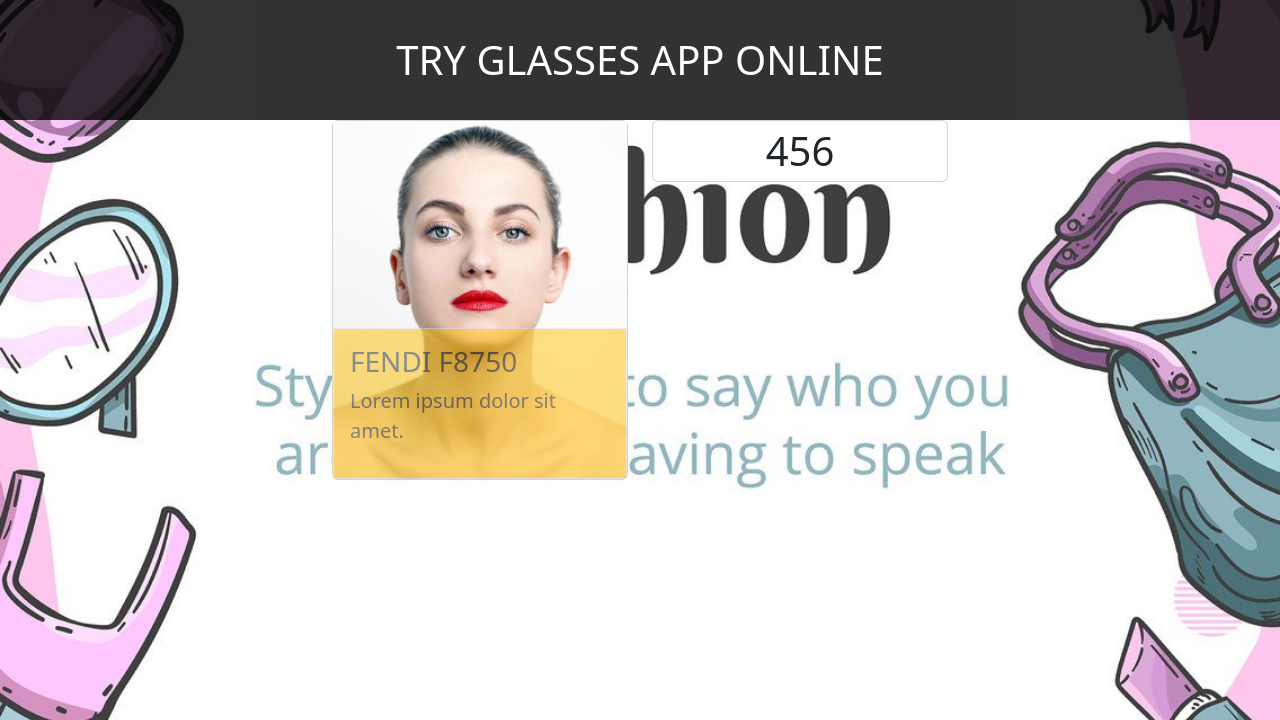
Repository: akira17518/React_JS_Glasses
Page: /
These files come from the project's save history. The page is drawn as it stood at one moment and after the next save; the edit follows.
The browser window is 1280 px wide. The pictures show the whole page.
The project was rebuilt for these pictures with package versions that can differ from the ones it lists, and the page was loaded fresh each time.

Above is the page before, as saved 2023-05-10 10:20:39.

### public/index.html
<!DOCTYPE html>
<html lang="en">

<head>
  <meta charset="utf-8" />
  <link rel="icon" href="%PUBLIC_URL%/favicon.ico" />
  <meta name="viewport" content="width=device-width, initial-scale=1" />
  <meta name="theme-color" content="#000000" />
  <meta name="description" content="Web site created using create-react-app" />
  <link rel="apple-touch-icon" href="%PUBLIC_URL%/logo192.png" />
  <!--
      manifest.json provides metadata used when your web app is installed on a
      user's mobile device or desktop. See https://developers.google.com/web/fundamentals/web-app-manifest/
    -->
  <link rel="manifest" href="%PUBLIC_URL%/manifest.json" />
  <link href="https://cdn.jsdelivr.net/npm/bootstrap@5.3.0-alpha3/dist/css/bootstrap.min.css" rel="stylesheet"
    integrity="sha384-KK94CHFLLe+nY2dmCWGMq91rCGa5gtU4mk92HdvYe+M/SXH301p5ILy+dN9+nJOZ" crossorigin="anonymous">
  <!--
      Notice the use of %PUBLIC_URL% in the tags above.
      It will be replaced with the URL of the `public` folder during the build.
      Only files inside the `public` folder can be referenced from the HTML.

      Unlike "/favicon.ico" or "favicon.ico", "%PUBLIC_URL%/favicon.ico" will
      work correctly both with client-side routing and a non-root public URL.
      Learn how to configure a non-root public URL by running `npm run build`.
    -->
  <title>React App</title>
</head>

<body class="">
  <noscript>You need to enable JavaScript to run this app.</noscript>
  <div id="root"></div>
  <!--
      This HTML file is a template.
      If you open it directly in the browser, you will see an empty page.

      You can add webfonts, meta tags, or analytics to this file.
      The build step will place the bundled scripts into the <body> tag.

      To begin the development, run `npm start` or `yarn start`.
      To create a production bundle, use `npm run build` or `yarn build`.
    -->
  <script src="https://cdn.jsdelivr.net/npm/bootstrap@5.3.0-alpha3/dist/js/bootstrap.bundle.min.js"
    integrity="sha384-ENjdO4Dr2bkBIFxQpeoTz1HIcje39Wm4jDKdf19U8gI4ddQ3GYNS7NTKfAdVQSZe"
    crossorigin="anonymous"></script>
</body>

</html>

### src/index.js
import React from 'react';
import ReactDOM from 'react-dom/client';
import App from './App';

const root = ReactDOM.createRoot(document.getElementById('root'));
root.render(
    <App></App>
);

### src/App.js
import React, { Component } from 'react'
import BaiTapSetState from './BTsetState/BaiTapSetState'
import appCSS from './assets/app.module.css'
export default class App extends Component {
    render() {
        return (
            <div className={`${appCSS.app} vh-100`}>
                <BaiTapSetState></BaiTapSetState>
            </div>
        )
    }
}

### src/BTsetState/BaiTapSetState.jsx
import React, { Component } from 'react'
import HeaderComponent from './HeaderComponent'
import Content from './Content'

export default class extends Component {
  render() {
    return (
      <div>
        <div>
          <HeaderComponent></HeaderComponent>
        </div>
        <div className='w-50 m-auto fs-1 text-center'>
          <Content></Content>
        </div>
      </div>
    )
  }
}

### src/assets/app.module.css
.app {
    background:  url(../../public/img/background.jpg);
    background-position: center;
    background-repeat: no-repeat;
    background-size: cover;
}

### src/BTsetState/HeaderComponent.jsx
import React, { Component } from 'react'
import headerStyle from '../assets/header.module.css'
export default class HeaderComponent extends Component {
    render() {
        return (
            <div className={`${headerStyle.header}`}>TRY GLASSES APP ONLINE</div>
        )
    }
}

### src/BTsetState/Content.jsx
import React, { Component } from 'react'

export default class Content extends Component {
  render() {
    return (
      <div className='container'>
        <div className="top-model">
          <div className="row">
            <div className="col-6">
              <div className='card-left card'>
                <img src="./img/model.jpg" alt="" />
                <div className="card-body fs-5 text-start position-absolute bottom-0 end-0 start-0 opacity-50 bg-warning border">
                  <h3>FENDI F8750</h3>
                  <p>Lorem ipsum dolor sit amet.</p>
                </div>
              </div>
            </div>
            <div className="col-6">
              <div className='card-right card'>
                <img src="" alt="" />
                456
              </div>
            </div>
          </div>
        </div>

      </div>
    )
  }
}

### src/assets/header.module.css
.header {
    background-color: black;
    opacity: 0.8;
    color: #fff;
    text-align: center;
    font-size: 40px;
    padding: 30px;
}

After the next save:
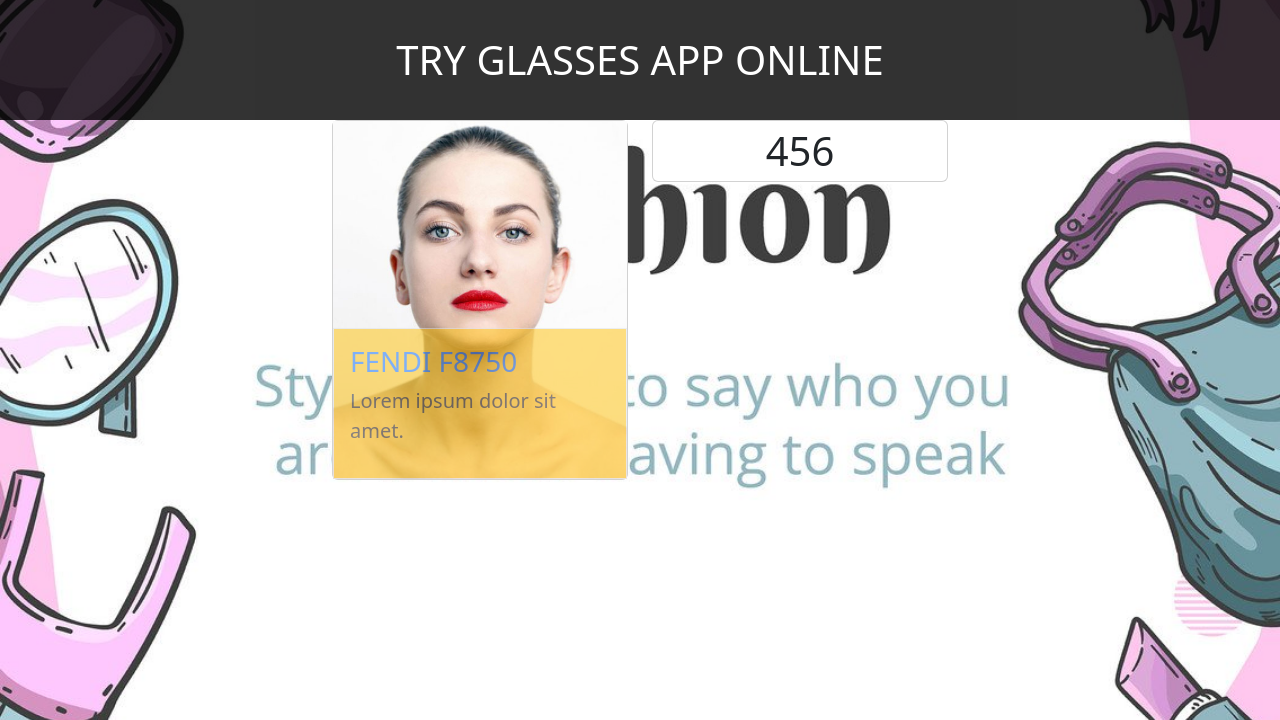
Saved 14 s later.
--- a/src/BTsetState/Content.jsx
+++ b/src/BTsetState/Content.jsx
@@ -10,7 +10,7 @@
               <div className='card-left card'>
                 <img src="./img/model.jpg" alt="" />
                 <div className="card-body fs-5 text-start position-absolute bottom-0 end-0 start-0 opacity-50 bg-warning border">
-                  <h3>FENDI F8750</h3>
+                  <h3 className='text-primary'>FENDI F8750</h3>
                   <p>Lorem ipsum dolor sit amet.</p>
                 </div>
               </div>
